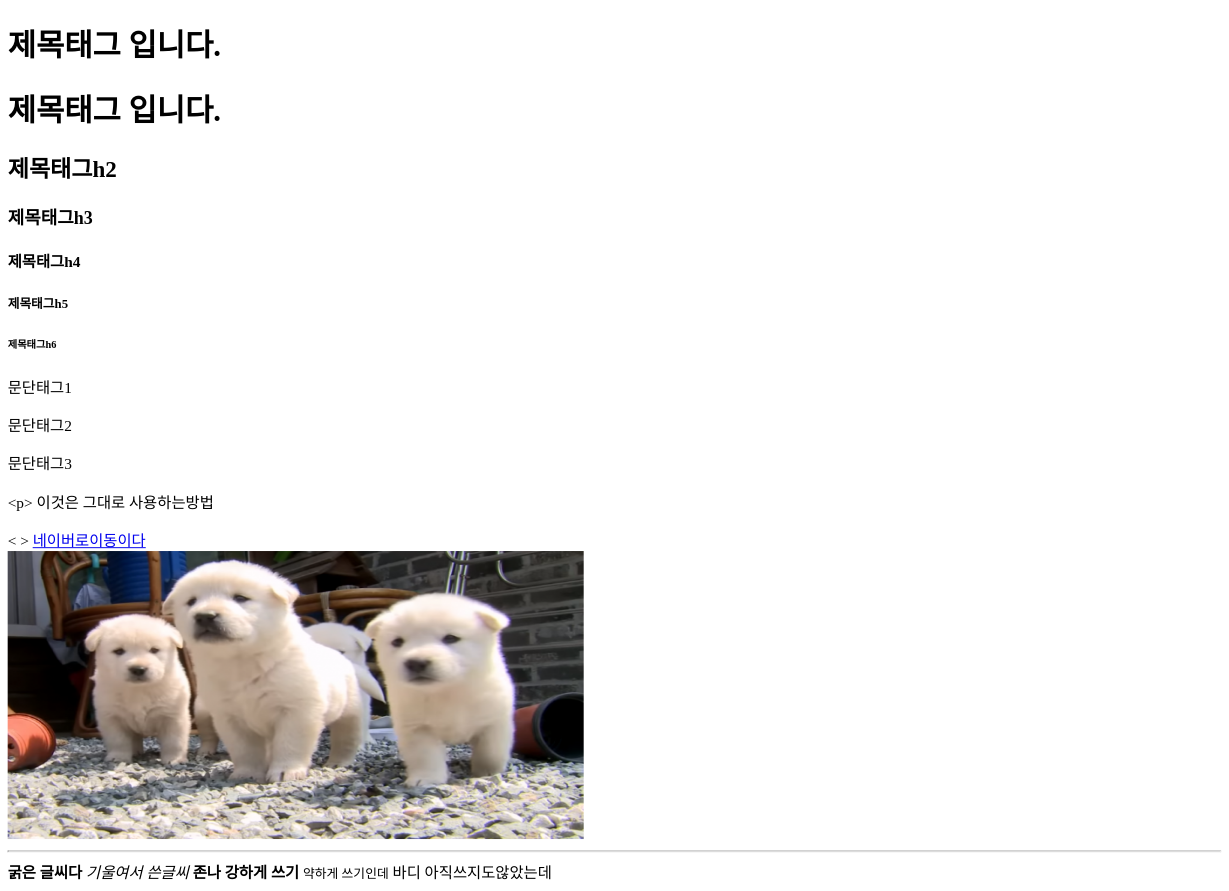
Repository: Devhyeongseon/Academy_Jsp
Page: JSPBasic/src/main/webapp/HTML/index01_P.html
These files come from the project's save history. The page is drawn as it stood at one moment and after the next save; the edit follows.
The browser window is 1280 px wide. The pictures show the whole page, at 96% of full size.

Above is the page before, as saved 2024-01-09 08:44:07.

### JSPBasic/src/main/webapp/HTML/index01_P.html
<!DOCTYPE html>
<html>

<head>
	<meta charset="UTF-8">
	<title>Insert title here</title>
</head>

	<h1> 제목태그 입니다.</h1><h1> 제목태그 입니다.</h1>
	<!--h 태그는 알아서 개행된다-->
	<h2>제목태그h2</h2>
	<h3>제목태그h3</h3>
	<h4>제목태그h4</h4>
	<h5>제목태그h5</h5>
	<h6>제목태그h6</h6>

	<p>문단태그1</p>
	<p>문단태그2</p>
	<p>문단태그3</p>
	<p> &lt;p&gt; 이것은 그대로 사용하는방법</p>
	&lt; &gt;

	<a href="https://www.naver.com">네이버로이동이다</a>
	<br>
	<img src ="./img/테스트1.jpg" alt="이미지안나올때 대체할 텍스트랜다." width = 600, height = 300/>

	<hr>
	<b>굵은 글씨다</b>
	<i>기울여서 쓴글씨</i>
	<strong>존나 강하게 쓰기</strong>
	<small> 약하게 쓰기인데</small>


<body>
	바디 아직쓰지도않았는데

</body>
</html>

After the next save:
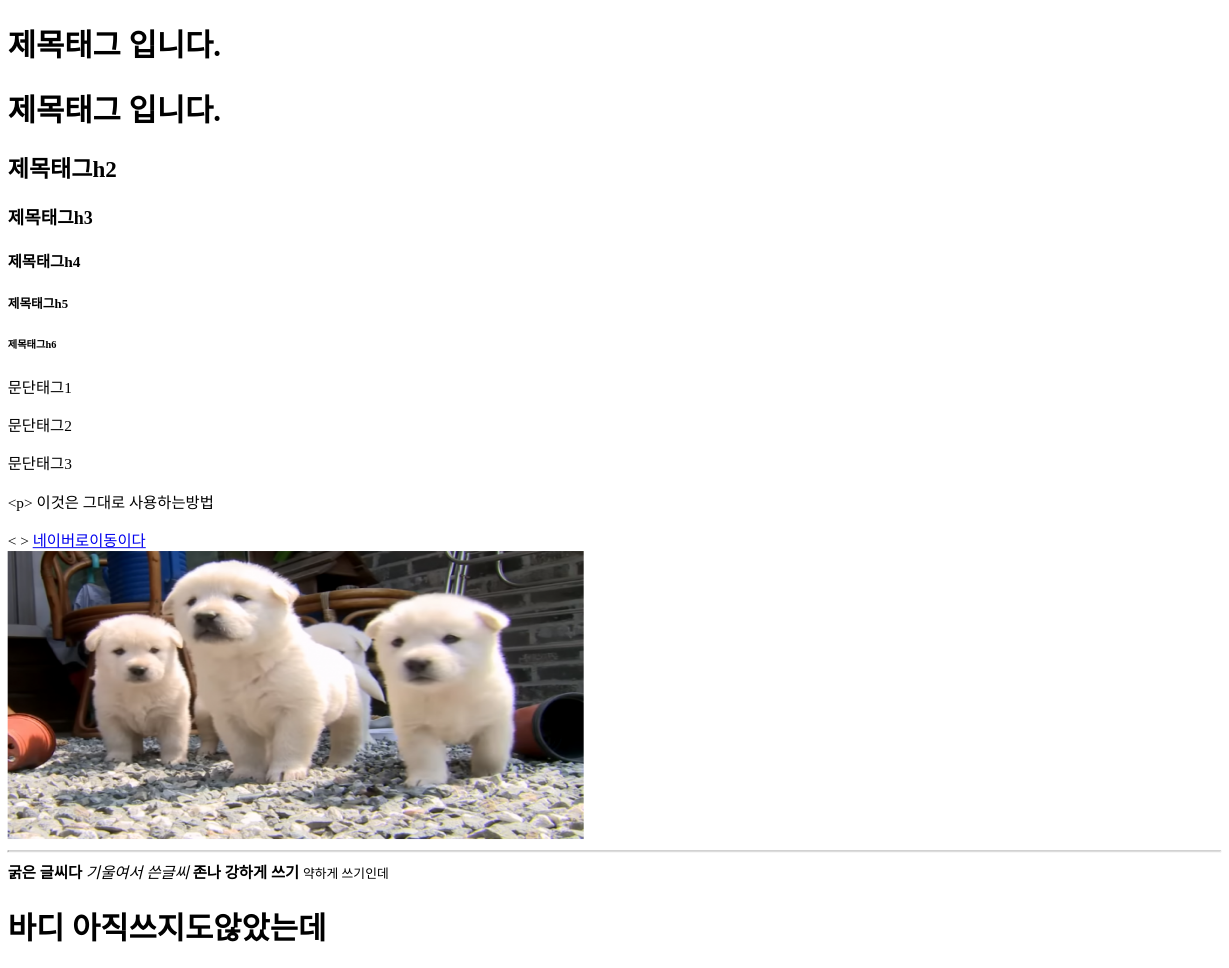
Saved 21 s later.
--- a/JSPBasic/src/main/webapp/HTML/index01_P.html
+++ b/JSPBasic/src/main/webapp/HTML/index01_P.html
@@ -32,7 +32,10 @@
 
 
 <body>
-	바디 아직쓰지도않았는데
+
+	<br>
+
+	<h1>바디 아직쓰지도않았는데</h>
 
 </body>
 </html>
